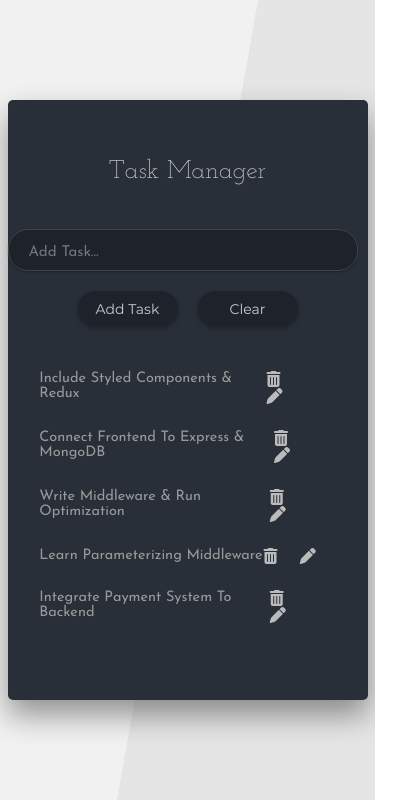
Repository: Kol124/react-task-manager
Page: /
These files come from the project's save history. The page is drawn as it stood at one moment and after the next save; the edit follows.
The browser window is 375 px wide. The page is 375 px wide, then 398 px, so the pictures cover 398 px, including what lies to the right of the window. The pictures show the whole page.
Some web libraries are served in a nearby version. The project was rebuilt for these pictures with package versions that can differ from the ones it lists, and the page was loaded fresh each time.

Above is the page before, as saved 2021-06-22 20:37:43.

### public/index.html
<!DOCTYPE html>
<html lang="en">
  <head>
    <meta charset="utf-8" />
    <link rel="icon" href="%PUBLIC_URL%/favicon.ico" />
    <meta name="viewport" content="width=device-width, initial-scale=1" />
    <meta name="theme-color" content="#000000" />
    <meta
      name="description"
      content="Web site created using create-react-app"
    />
    <link rel="apple-touch-icon" href="%PUBLIC_URL%/logo192.png" />
    <!--
      manifest.json provides metadata used when your web app is installed on a
      user's mobile device or desktop. See https://developers.google.com/web/fundamentals/web-app-manifest/
    -->
    <link rel="manifest" href="%PUBLIC_URL%/manifest.json" />
    <!--
      Notice the use of %PUBLIC_URL% in the tags above.
      It will be replaced with the URL of the `public` folder during the build.
      Only files inside the `public` folder can be referenced from the HTML.

      Unlike "/favicon.ico" or "favicon.ico", "%PUBLIC_URL%/favicon.ico" will
      work correctly both with client-side routing and a non-root public URL.
      Learn how to configure a non-root public URL by running `npm run build`.
    -->
    <title>React App</title>
  </head>
  <body>
    <noscript>You need to enable JavaScript to run this app.</noscript>
    <div id="root"></div>
    <!--
      This HTML file is a template.
      If you open it directly in the browser, you will see an empty page.

      You can add webfonts, meta tags, or analytics to this file.
      The build step will place the bundled scripts into the <body> tag.

      To begin the development, run `npm start` or `yarn start`.
      To create a production bundle, use `npm run build` or `yarn build`.
    -->
  </body>
  <script
    src="https://kit.fontawesome.com/0a37ebcd2b.js"
    crossorigin="anonymous"
  ></script>
</html>

### src/App.js
import "./App.css";
import React from "react";
import Header from "./components/Header";
import TaskForm from "./components/TaskForm";
import TaskList from "./components/TaskList";
import TaskContextProvider from "./context/TaskContext";

function App() {
  return (
    <TaskContextProvider>
      <div className="container">
        <div className="app-wrapper">
          <Header />
          <div className="main">
            <TaskForm />
            <TaskList />
          </div>
        </div>
      </div>
    </TaskContextProvider>
  );
}

export default App;

### src/App.css
@import url("fonts.css");

* {
  margin: 0;
  padding: 0;
  box-sizing: inherit;
}

html {
  box-sizing: border-box;
  font-size: 62.5%;
}

.container {
  width: 100%;
  height: 100vh;
  display: flex;
  align-items: center;
  justify-content: center;
  background: linear-gradient(100deg, #f1f1f1 50%, #e5e5e5 0);
}

.app-wrapper {
  background-color: #292f38;
  /* width: 25%; */
  max-width: 45rem;
  height: 600px;
  padding: 3rem;
  border-radius: 5px;
  box-shadow: 0 15px 30px rgba(0, 0, 0, 0.4);
}

@media only screen and (max-width: 480px) {
  html {
    font-size: 50%;
  }
}

.header .main-header {
  font-family: "Josefin Slab", serif;
  text-align: center;
  font-size: 3.2rem;
  color: #ccc;
  font-weight: 300;
  margin: 35px 20px 45px 20px;
}

.main {
  display: flex;
  flex-direction: column;
  align-items: space-between;
  margin-bottom: 5.5rem;
  width: 100%;
}

.form {
  display: flex;
  flex-direction: column;
  justify-content: center;
  align-items: center;
  margin-bottom: 15px;
}

.list {
  width: 95%;
  margin: auto;
  max-height: 300px;
  overflow: hidden;
  overflow-y: auto;
}

/* width */
::-webkit-scrollbar {
  width: 7px;
}

/* Track */
::-webkit-scrollbar-track {
  border-radius: 10px;
  background-color: #aaa;
}

/* Handle */
::-webkit-scrollbar-thumb {
  background: #444;
  border-radius: 10px;
}

.task-input {
  width: 350px;
  min-width: 250px;
  padding: 15px 10px 10px 20px;
  margin: 0 10px 10px 0;
  font-family: "Josefin Sans", serif;
  font-size: 15px;
  color: #ccc;
  background-color: #1d222b;
  border: 1px solid #444;
  outline: none;
  border-radius: 20px;
  box-shadow: 0 1px 2px rgba(0, 0, 0, 0.3);
}

.buttons {
  display: flex;
}

.btn {
  margin: 10px;
}

.add-task-btn {
  min-width: 100px;
  background-color: #1d222b;
  color: #ccc;
  border: none;
  font-family: "Montserrat", sans-serif;
  font-size: 14px;
  border-radius: 20px;
  box-shadow: 0 2px 5px rgba(0, 0, 0, 0.3);
  outline: none;
  cursor: pointer;
}

.list-item {
  display: flex;
  justify-content: space-between;
  margin: 20px 0;
  padding-bottom: 5px;
}

.list-item span {
  font-family: "Josefin Sans", sans-serif;
  color: #999;
  font-size: 14.5px;
  text-transform: capitalize;
}

.task-btn {
  cursor: pointer;
  background-color: transparent;
  border: none;
  outline: none;
}

.btn-delete i {
  font-size: 16px;
  color: #bbb;
  margin-right: 20px;
}

.btn-edit i {
  font-size: 16px;
  color: #bbb;
  margin-right: 20px;
}

.clear-btn {
  width: 100px;
  height: 35px;
  background-color: #1d222b;
  color: #ccc;
  border: none;
  font-family: "Montserrat", sans-serif;
  font-size: 14px;
  border-radius: 20px;
  box-shadow: 0 2px 5px rgba(0, 0, 0, 0.3);
  outline: none;
  cursor: pointer;
}

.no-tasks {
  color: #777;
  text-align: center;
  font-family: "Montserrat", sans-serif;
  margin-top: 20px;
  font-size: 18px;
}

### src/components/Header.js
import React from "react";

const Header = () => {
  return (
    <div className="header">
      <h1 className="main-header">Task Manager</h1>
    </div>
  );
};

export default Header;

### src/components/TaskForm.js
import React, { useState, useContext, useEffect } from "react";
import { TaskContext } from "../context/TaskContext";

export default function TaskForm() {
  const { editItem, setEditItem, dispatch } = useContext(TaskContext);
  const [title, setTitle] = useState("");

  const handleSubmit = (e) => {
    e.preventDefault();
    if (editItem !== null) {
      dispatch({
        type: "EDIT_TASK",
        task: {
          title,
          id: editItem.id,
        },
      });
      setEditItem(null);
    } else {
      dispatch({
        type: "ADD_TASK",
        task: {
          title,
        },
      });
    }

    setTitle("");
  };

  useEffect(() => {
    if (editItem !== null) {
      setTitle(editItem.title);
      console.log(editItem);
    } else {
      setTitle("");
    }
  }, [editItem]);

  return (
    <form onSubmit={handleSubmit} className="form">
      <input
        type="text"
        placeholder="Add Task..."
        value={title}
        onChange={(e) => setTitle(e.target.value)}
        required
        className="task-input"
      />
      <div className="buttons">
        <button type="submit" className="btn add-task-btn">
          {editItem ? "Edit Task" : "Add Task"}
        </button>
        <button
          className="btn clear-btn"
          onClick={() => dispatch({ type: "CLEAR_TASK" })}
        >
          Clear
        </button>
      </div>
    </form>
  );
}

### src/components/TaskList.js
import React, { useContext } from "react";
import { TaskContext } from "../context/TaskContext";
import Task from "./Task";

export default function TaskList() {
  const { tasks } = useContext(TaskContext);

  return (
    <div>
      {tasks.length ? (
        <ul className="list">
          {tasks.map((task) => {
            return <Task task={task} key={task.id} />;
          })}
        </ul>
      ) : (
        <div className="no-tasks">No Tasks</div>
      )}
    </div>
  );
}

### src/context/TaskContext.js
import React, { createContext, useState, useReducer, useEffect } from "react";
import TaskReducer from "../reducer/TaskReducer";

export const TaskContext = createContext();

export default function TaskContextProvider(props) {
  const [tasks, dispatch] = useReducer(TaskReducer, [
    { title: "Include styled components & redux", id: 1 },
    { title: "Connect frontend to express & mongoDB", id: 2 },
    { title: "Write middleware & run optimization", id: 3 },
    { title: "Learn parameterizing middleware", id: 4 },
    { title: "Integrate payment system to backend", id: 5 },
  ]);
  const [editItem, setEditItem] = useState(null);

  const findItem = (id) => {
    const item = tasks.find((task) => task.id === id);
    setEditItem(item);
  };

  useEffect(() => {
    console.log(tasks);
  });

  return (
    <TaskContext.Provider
      value={{ tasks, editItem, setEditItem, findItem, dispatch }}
    >
      {props.children}
    </TaskContext.Provider>
  );
}

### src/fonts.css
/* josefin-sans-300 - latin */
@font-face {
  font-family: "Josefin Sans";
  font-style: normal;
  font-weight: 300;
  src: url("./fonts/josefin-sans-v17-latin-300.eot"); /* IE9 Compat Modes */
  src: local(""),
    url("./fonts/josefin-sans-v17-latin-300.eot?#iefix")
      format("embedded-opentype"),
    /* IE6-IE8 */ url("./fonts/josefin-sans-v17-latin-300.woff2")
      format("woff2"),
    /* Super Modern Browsers */ url("./fonts/josefin-sans-v17-latin-300.woff")
      format("woff"),
    /* Modern Browsers */ url("./fonts/josefin-sans-v17-latin-300.ttf")
      format("truetype"),
    /* Safari, Android, iOS */
      url("./fonts/josefin-sans-v17-latin-300.svg#JosefinSans") format("svg"); /* Legacy iOS */
}
/* josefin-sans-regular - latin */
@font-face {
  font-family: "Josefin Sans";
  font-style: normal;
  font-weight: 400;
  src: url("./fonts/josefin-sans-v17-latin-regular.eot"); /* IE9 Compat Modes */
  src: local(""),
    url("./fonts/josefin-sans-v17-latin-regular.eot?#iefix")
      format("embedded-opentype"),
    /* IE6-IE8 */ url("./fonts/josefin-sans-v17-latin-regular.woff2")
      format("woff2"),
    /* Super Modern Browsers */
      url("./fonts/josefin-sans-v17-latin-regular.woff") format("woff"),
    /* Modern Browsers */ url("./fonts/josefin-sans-v17-latin-regular.ttf")
      format("truetype"),
    /* Safari, Android, iOS */
      url("./fonts/josefin-sans-v17-latin-regular.svg#JosefinSans")
      format("svg"); /* Legacy iOS */
}
/* josefin-sans-600 - latin */
@font-face {
  font-family: "Josefin Sans";
  font-style: normal;
  font-weight: 600;
  src: url("./fonts/josefin-sans-v17-latin-600.eot"); /* IE9 Compat Modes */
  src: local(""),
    url("./fonts/josefin-sans-v17-latin-600.eot?#iefix")
      format("embedded-opentype"),
    /* IE6-IE8 */ url("./fonts/josefin-sans-v17-latin-600.woff2")
      format("woff2"),
    /* Super Modern Browsers */ url("./fonts/josefin-sans-v17-latin-600.woff")
      format("woff"),
    /* Modern Browsers */ url("./fonts/josefin-sans-v17-latin-600.ttf")
      format("truetype"),
    /* Safari, Android, iOS */
      url("./fonts/josefin-sans-v17-latin-600.svg#JosefinSans") format("svg"); /* Legacy iOS */
}
/* josefin-sans-700 - latin */
@font-face {
  font-family: "Josefin Sans";
  font-style: normal;
  font-weight: 700;
  src: url("./fonts/josefin-sans-v17-latin-700.eot"); /* IE9 Compat Modes */
  src: local(""),
    url("./fonts/josefin-sans-v17-latin-700.eot?#iefix")
      format("embedded-opentype"),
    /* IE6-IE8 */ url("./fonts/josefin-sans-v17-latin-700.woff2")
      format("woff2"),
    /* Super Modern Browsers */ url("./fonts/josefin-sans-v17-latin-700.woff")
      format("woff"),
    /* Modern Browsers */ url("./fonts/josefin-sans-v17-latin-700.ttf")
      format("truetype"),
    /* Safari, Android, iOS */
      url("./fonts/josefin-sans-v17-latin-700.svg#JosefinSans") format("svg"); /* Legacy iOS */
}

/* josefin-slab-300 - latin */
@font-face {
  font-family: "Josefin Slab";
  font-style: normal;
  font-weight: 300;
  src: url("./fonts/josefin-slab-v13-latin-300.eot"); /* IE9 Compat Modes */
  src: local(""),
    url("./fonts/josefin-slab-v13-latin-300.eot?#iefix")
      format("embedded-opentype"),
    /* IE6-IE8 */ url("./fonts/josefin-slab-v13-latin-300.woff2")
      format("woff2"),
    /* Super Modern Browsers */ url("./fonts/josefin-slab-v13-latin-300.woff")
      format("woff"),
    /* Modern Browsers */ url("./fonts/josefin-slab-v13-latin-300.ttf")
      format("truetype"),
    /* Safari, Android, iOS */
      url("./fonts/josefin-slab-v13-latin-300.svg#JosefinSlab") format("svg"); /* Legacy iOS */
}
/* josefin-slab-regular - latin */
@font-face {
  font-family: "Josefin Slab";
  font-style: normal;
  font-weight: 400;
  src: url("./fonts/josefin-slab-v13-latin-regular.eot"); /* IE9 Compat Modes */
  src: local(""),
    url("./fonts/josefin-slab-v13-latin-regular.eot?#iefix")
      format("embedded-opentype"),
    /* IE6-IE8 */ url("./fonts/josefin-slab-v13-latin-regular.woff2")
      format("woff2"),
    /* Super Modern Browsers */
      url("./fonts/josefin-slab-v13-latin-regular.woff") format("woff"),
    /* Modern Browsers */ url("./fonts/josefin-slab-v13-latin-regular.ttf")
      format("truetype"),
    /* Safari, Android, iOS */
      url("./fonts/josefin-slab-v13-latin-regular.svg#JosefinSlab")
      format("svg"); /* Legacy iOS */
}
/* josefin-slab-600 - latin */
@font-face {
  font-family: "Josefin Slab";
  font-style: normal;
  font-weight: 600;
  src: url("./fonts/josefin-slab-v13-latin-600.eot"); /* IE9 Compat Modes */
  src: local(""),
    url("./fonts/josefin-slab-v13-latin-600.eot?#iefix")
      format("embedded-opentype"),
    /* IE6-IE8 */ url("./fonts/josefin-slab-v13-latin-600.woff2")
      format("woff2"),
    /* Super Modern Browsers */ url("./fonts/josefin-slab-v13-latin-600.woff")
      format("woff"),
    /* Modern Browsers */ url("./fonts/josefin-slab-v13-latin-600.ttf")
      format("truetype"),
    /* Safari, Android, iOS */
      url("./fonts/josefin-slab-v13-latin-600.svg#JosefinSlab") format("svg"); /* Legacy iOS */
}
/* josefin-slab-700 - latin */
@font-face {
  font-family: "Josefin Slab";
  font-style: normal;
  font-weight: 700;
  src: url("./fonts/josefin-slab-v13-latin-700.eot"); /* IE9 Compat Modes */
  src: local(""),
    url("./fonts/josefin-slab-v13-latin-700.eot?#iefix")
      format("embedded-opentype"),
    /* IE6-IE8 */ url("./fonts/josefin-slab-v13-latin-700.woff2")
      format("woff2"),
    /* Super Modern Browsers */ url("./fonts/josefin-slab-v13-latin-700.woff")
      format("woff"),
    /* Modern Browsers */ url("./fonts/josefin-slab-v13-latin-700.ttf")
      format("truetype"),
    /* Safari, Android, iOS */
      url("./fonts/josefin-slab-v13-latin-700.svg#JosefinSlab") format("svg"); /* Legacy iOS */
}

/* montserrat-300 - latin */
@font-face {
  font-family: "Montserrat";
  font-style: normal;
  font-weight: 300;
  src: url("./fonts/montserrat-v15-latin-300.eot"); /* IE9 Compat Modes */
  src: local(""),
    url("./fonts/montserrat-v15-latin-300.eot?#iefix")
      format("embedded-opentype"),
    /* IE6-IE8 */ url("./fonts/montserrat-v15-latin-300.woff2") format("woff2"),
    /* Super Modern Browsers */ url("./fonts/montserrat-v15-latin-300.woff")
      format("woff"),
    /* Modern Browsers */ url("./fonts/montserrat-v15-latin-300.ttf")
      format("truetype"),
    /* Safari, Android, iOS */
      url("./fonts/montserrat-v15-latin-300.svg#Montserrat") format("svg"); /* Legacy iOS */
}
/* montserrat-regular - latin */
@font-face {
  font-family: "Montserrat";
  font-style: normal;
  font-weight: 400;
  src: url("./fonts/montserrat-v15-latin-regular.eot"); /* IE9 Compat Modes */
  src: local(""),
    url("./fonts/montserrat-v15-latin-regular.eot?#iefix")
      format("embedded-opentype"),
    /* IE6-IE8 */ url("./fonts/montserrat-v15-latin-regular.woff2")
      format("woff2"),
    /* Super Modern Browsers */ url("./fonts/montserrat-v15-latin-regular.woff")
      format("woff"),
    /* Modern Browsers */ url("./fonts/montserrat-v15-latin-regular.ttf")
      format("truetype"),
    /* Safari, Android, iOS */
      url("./fonts/montserrat-v15-latin-regular.svg#Montserrat") format("svg"); /* Legacy iOS */
}
/* montserrat-500 - latin */
@font-face {
  font-family: "Montserrat";
  font-style: normal;
  font-weight: 500;
  src: url("./fonts/montserrat-v15-latin-500.eot"); /* IE9 Compat Modes */
  src: local(""),
    url("./fonts/montserrat-v15-latin-500.eot?#iefix")
      format("embedded-opentype"),
    /* IE6-IE8 */ url("./fonts/montserrat-v15-latin-500.woff2") format("woff2"),
    /* Super Modern Browsers */ url("./fonts/montserrat-v15-latin-500.woff")
      format("woff"),
    /* Modern Browsers */ url("./fonts/montserrat-v15-latin-500.ttf")
      format("truetype"),
    /* Safari, Android, iOS */
      url("./fonts/montserrat-v15-latin-500.svg#Montserrat") format("svg"); /* Legacy iOS */
}

### src/components/Task.js
import React, { useContext } from "react";
import { TaskContext } from "../context/TaskContext";

export default function Task({ task }) {
  const { findItem, dispatch } = useContext(TaskContext);

  return (
    <li className="list-item">
      <span>{task.title}</span>
      <div>
        <button
          className="btn-delete task-btn"
          onClick={() =>
            dispatch({ type: "REMOVE_TASK", task: { id: task.id } })
          }
        >
          <i className="fas fa-trash-alt"></i>
        </button>{" "}
        <button className="btn-edit task-btn" onClick={() => findItem(task.id)}>
          <i className="fas fa-pen"></i>
        </button>
      </div>
    </li>
  );
}

### src/reducer/TaskReducer.js
export default function TaskReducer(tasks, action) {
  switch (action.type) {
    case "ADD_TASK":
      return [
        ...tasks,
        {
          title: action.task.title,
          id: Math.random().toString(),
        },
      ];

    case "REMOVE_TASK":
      return tasks.filter((task) => task.id !== action.task.id);

    case "EDIT_TASK":
      return tasks.map((task) =>
        task.id === action.task.id
          ? { title: action.task.title, id: action.task.id }
          : task
      );

    case "CLEAR_TASK":
      return [];

    default:
      return tasks;
  }
}

Loaded but not shown: src/index.js (common file); src/index.css (common file); src/reportWebVitals.js (common file)

After the next save:
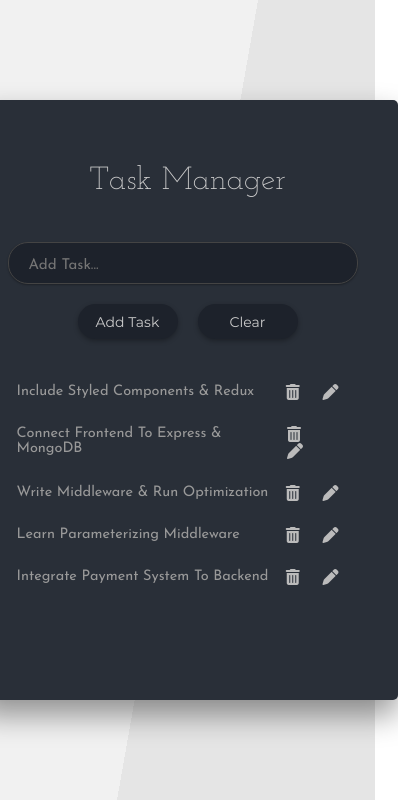
Saved 32 s later.
--- a/src/App.css
+++ b/src/App.css
@@ -30,11 +30,11 @@ html {
   box-shadow: 0 15px 30px rgba(0, 0, 0, 0.4);
 }
 
-@media only screen and (max-width: 480px) {
+/* @media only screen and (max-width: 480px) {
   html {
     font-size: 50%;
   }
-}
+} */
 
 .header .main-header {
   font-family: "Josefin Slab", serif;
